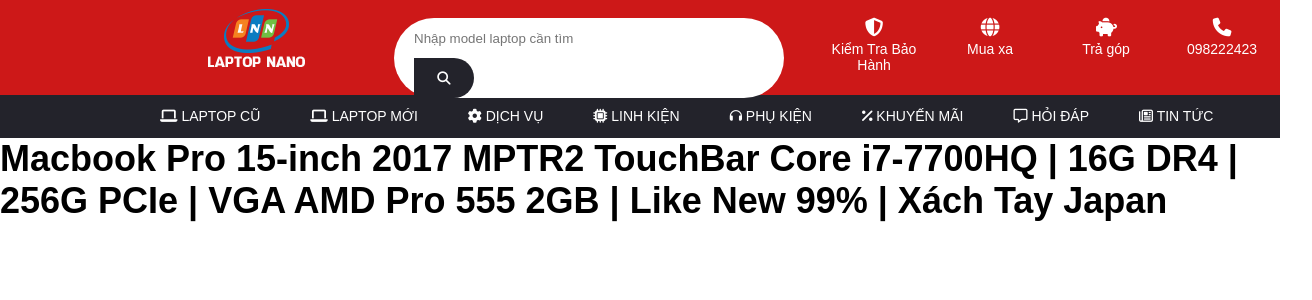
Repository: 21012324ThuanDM/WebLaptop
Page: Baicuoiky/Laptop.html
The author's editor kept a copy of each file at every save. The page is drawn from the files as they stood at one save, then again after the next save.
The browser window is 1280 px wide. The page is 1312 px wide, so the pictures cover 1312 px, including what lies to the right of the window. The pictures show the whole page.

Above is the page before, as saved 2023-10-16 21:55:48.

### Baicuoiky/Laptop.html
<!DOCTYPE html>
<html lang="en">
<head>
    <meta charset="UTF-8">
    <meta name="viewport" content="width=device-width, initial-scale=1.0">
    <title>Document</title>
    <link rel="stylesheet" href="Laptop.css">
</head>
<body>
    <!DOCTYPE html>
<html lang="en">

<head>
    <meta charset="UTF-8">
    <meta name="viewport" content="width=device-width, initial-scale=1.0">
    <title>Laptopnano</title>
    <link rel="stylesheet" href="https://cdnjs.cloudflare.com/ajax/libs/font-awesome/6.4.2/css/all.min.css" integrity="sha512-z3gLpd7yknf1YoNbCzqRKc4qyor8gaKU1qmn+CShxbuBusANI9QpRohGBreCFkKxLhei6S9CQXFEbbKuqLg0DA==" crossorigin="anonymous" referrerpolicy="no-referrer"
    />
    <link rel="stylesheet" href="laptopnano.css">
    <link rel="stylesheet" href="./themify-icons/themify-icons.css">
    <link rel="stylesheet" href="./fontawesome-free-5.12.1-web/css/all.min.css">
</head>

<body>
    <div id="header">
        <div class="header_wrap">
            <div class="logo_timkiem">
                <div class="logo">
                    <a href="https://laptopnano.com/"><img src="logo-pc-3_1589368333.png" alt=""></a>
                </div>
                <div class="timkiem">
                    <form action="" class="search-box">
                        <input class=input type="type" class="search-text" placeholder="Nhập model laptop cần tìm">
                        <button class="search-btn" aria-label="tìm kiếm">
                            <i class="fa-solid fa-magnifying-glass"></i>
                        </button>
                    </form>

                </div>
            </div>
            <div class="mainmenu">
                <ul>
                    <li>
                        <a href="">
                            <i class="fa-solid fa-shield-halved fa-lg"></i><br>
                            Kiểm Tra Bảo Hành
                        </a>
                    </li>
                    <li>
                        <a href="">
                            <i class="fa-solid fa-globe fa-lg"></i> <br>
                            Mua xa
                        </a>
                    </li>
                    <li>
                        <a href="">
                            <i class="fa-solid fa-piggy-bank fa-flip-horizontal fa-lg"></i> <br>
                            Trả góp
                        </a>
                    </li>
                    <li>
                        <a href="">
                            <i class="fa-solid fa-phone fa-lg"></i> <br>
                            098222423
                        </a>
                    </li>
                </ul>
            </div>
        </div>
        <div class="navi">
            <ul>
                <li>
                    <a href="">
                        <i class="fa-solid fa-laptop fa-2sm"></i> Laptop cũ
                    </a>

                </li>

                <li>
                    <a href="">
                        <i class="fa-solid fa-laptop fa-2sm"></i> Laptop mới
                    </a>

                </li>
                <li>
                    <a href="">
                        <i class="fa-solid fa-gear"></i> Dịch vụ
                    </a>

                </li>
                <li>
                    <a href="">
                        <i class="fa-solid fa-microchip"></i> Linh kiện
                    </a>
                </li>

                <li>
                    <a href="">
                        <i class="fa-solid fa-headphones fa-sm"></i> Phụ kiện
                    </a>
                </li>
                <li>
                    <a href="">
                        <i class="fa-solid fa-percent fa-2sm"></i> Khuyến mãi
                    </a>
                </li>

                <li>
                    <a href="">
                        <i class="fa-regular fa-message fa-2sm"></i> Hỏi đáp
                    </a>
                </li>
                <li>
                    <a href="">
                        <i class="fa-regular fa-newspaper fa-2sm"></i> Tin Tức
                    </a>
                </li>
                <li>
                    <a href="">
                        <i class="fa-solid fa-phone fa-2sm"></i> Liên hệ
                    </a>
                </li>
            </ul>
        </div>
    </div>
    <div class="thongtinlaptop">
        <div class="divtieude">
		    <h1 class="tieude">Macbook Pro 15-inch 2017 MPTR2 TouchBar Core i7-7700HQ | 16G DR4 | 256G PCIe | VGA AMD Pro 555 2GB | Like New 99% | Xách Tay Japan </h1>
	    </div>
    </div>
        <!-- ####### -->

    <div id="footer">


    </div>
</body>

</html>
</body>
</html>

### Baicuoiky/Laptop.css
* {
    padding: 0;
    margin: 0;
    box-sizing: border-box;
}

html {
    font-size: 18px;
    font-family: Arial, Helvetica, sans-serif;
}

#header .header_wrap {
    background-color: #cd1818;
    height: 95px;
    padding: 0px 0px 0px 154px;
    display: flex;
}

#header .logo_timkiem {
    display: flex;
}

.logo_timkiem .logo {
    margin-top: 8px;
    display: block;
    float: left;
}

.header_wrap ul {
    color: #FFF;
    list-style-type: none;
    width: 100%;
    display: flex;
    margin: 20px 0px -19px 32px;
    font-size: 14px;
}

.header_wrap .mainmenu ul li{
    width: 116px;
    height: 95px;
    text-align: center;
}

.header_wrap .mainmenu i{
    padding-bottom: 7px;
}

.header_wrap ul li a {
    color: #FFF;
    text-decoration: none;
}

.search-box {
    margin-left: 40px;
    margin-top: 18px;
    padding-left: 20px;
    background-color: #FFF;
    border-radius: 40px;
}

.search-box input {
    outline: none;
    background: none;
    width: 340px;
    height: 40px;
    border: none;
}

.search-box .search-btn {
    width: 60px;
    height: 40px;
    background-color: #23232B;
    color: #FFF;
    border: none;
    border-radius: 0 40px 40px 0;
}

#header .navi {
    height: 43px;
    background-color: #23232B;
    padding-left: 126px;
}



.navi li {
    display: inline-block;
    text-decoration: none;
    text-transform: uppercase;
    line-height: 43px;
    font-size: 14px;

}

.navi li a {
    text-decoration: none;
    color: #FFF;
    padding: 0px 11px 0px 34px;
}

#content .container_slideshow{
    width: 1500px;
    height: 398px;
    padding: 15px 0px 0px 145px;
    display: flex;
}


.container_slideshow .thumb{
    width: 780px;
    height: 61px;
    margin-top: -5px;
}

.container_slideshow .thumb ul{
    border-left: 1px solid #E7E7E7;
    border-bottom: 1px solid #E7E7E7;
    border-right: 1px solid #E7E7E7;
    text-align: center;
}

.container_slideshow .thumb li{
    display: inline-block;
    text-decoration: none;
    /* border-left: 1px solid #E7E7E7; */
    width: 150px;
    height: 61px;

}

.container_slideshow .thumb li a{
    text-decoration: none;
    font-size: 13px;
    color: #000;

}

.container_slideshow .countdown {
    margin-left: 15px;
}

.countdown .bot1 a img{
    width: 370px;
}

.countdown .newtop{

}

.newtop .news_cat{
    width: 370px;
    height: 38px;
    background-color: #ebebeb;
    padding: 10px;
    font-size: 14px;
}

.newtop .news_cat p{
    display: inline;
    margin-top: 10px;
}

.newtop .news_list1, .newtop .news_list2{
    width: 370px;
    font-size: 14px;
    float: left;
    padding-top: 10px;
    display: flex;
    margin-left: -3px;
}

.newtop .news_list a{
    text-decoration: none;
    margin-left: 15px;
}

.newtop .news_list img{
    width: 83px;
}

#content .container{
    margin-top: 25px;
    margin-left: 144px;
}

/********************/
.product h1 .product .name_mb {
    color: #000000;
    font-size: 20px;
    line-height: 28px;
    margin-bottom: 8px;
    display: inline;
}

### Baicuoiky/laptopnano.css
* {
    padding: 0;
    margin: 0;
    box-sizing: border-box;
}

html {
    font-size: 18px;
    font-family: Arial, Helvetica, sans-serif;
}

#header .header_wrap {
    background-color: #cd1818;
    height: 95px;
    padding: 0px 0px 0px 154px;
    display: flex;
}

#header .logo_timkiem {
    display: flex;
}

.logo_timkiem .logo {
    margin-top: 8px;
    display: block;
    float: left;
}

.header_wrap ul {
    color: #FFF;
    list-style-type: none;
    width: 100%;
    display: flex;
    margin: 20px 0px -19px 32px;
    font-size: 14px;
}

.header_wrap .mainmenu ul li{
    width: 116px;
    height: 95px;
    text-align: center;
}

.header_wrap .mainmenu i{
    padding-bottom: 7px;
}

.header_wrap ul li a {
    color: #FFF;
    text-decoration: none;
}

.search-box {
    margin-left: 40px;
    margin-top: 18px;
    padding-left: 20px;
    background-color: #FFF;
    border-radius: 40px;
}

.search-box input {
    outline: none;
    background: none;
    width: 340px;
    height: 40px;
    border: none;
}

.search-box .search-btn {
    width: 60px;
    height: 40px;
    background-color: #23232B;
    color: #FFF;
    border: none;
    border-radius: 0 40px 40px 0;
}

#header .navi {
    height: 43px;
    background-color: #23232B;
    padding-left: 126px;
}



.navi li {
    display: inline-block;
    text-decoration: none;
    text-transform: uppercase;
    line-height: 43px;
    font-size: 14px;

}

.navi li a {
    text-decoration: none;
    color: #FFF;
    padding: 0px 11px 0px 34px;
}

#content .container_slideshow{
    width: 1500px;
    height: 398px;
    padding: 15px 0px 0px 145px;
    display: flex;
}


.container_slideshow .thumb{
    width: 780px;
    height: 61px;
    margin-top: -5px;
}

.container_slideshow .thumb ul{
    border-left: 1px solid #E7E7E7;
    border-bottom: 1px solid #E7E7E7;
    border-right: 1px solid #E7E7E7;
    text-align: center;
}

.container_slideshow .thumb li{
    display: inline-block;
    text-decoration: none;
    /* border-left: 1px solid #E7E7E7; */
    width: 150px;
    height: 61px;

}

.container_slideshow .thumb li a{
    text-decoration: none;
    font-size: 13px;
    color: #000;

}

.container_slideshow .countdown {
    margin-left: 15px;
}

.countdown .bot1 a img{
    width: 370px;
}

.countdown .newtop{

}

.newtop .news_cat{
    width: 370px;
    height: 38px;
    background-color: #ebebeb;
    padding: 10px;
    font-size: 14px;
}

.newtop .news_cat p{
    display: inline;
    margin-top: 10px;
}

.newtop .news_list1, .newtop .news_list2{
    width: 370px;
    font-size: 14px;
    float: left;
    padding-top: 10px;
    display: flex;
    margin-left: -3px;
}

.newtop .news_list a{
    text-decoration: none;
    margin-left: 15px;
}

.newtop .news_list img{
    width: 83px;
}

#content .container{
    margin-top: 25px;
    margin-left: 144px;
}

/* ##### */


ul.maclist li.item_tabs {
    display: inline;
    margin-right: 10px;
}

ul.maclist li.item_tabs a {
    text-decoration: none;
    color: black;
}
.tensp {
    text-decoration: none;
    color: black;
}
.custom-div {
    width: 80%;
    margin: 0 auto;
    background-color: rgb(255, 250, 250);
    padding: 20px;
    margin-bottom: 30px;
}


.title {
    display: flex;
    line-height: 50px;
    border-bottom: 2px solid red;
    margin-bottom: 20px;
    justify-content: space-between;
}


.title-main {
    margin: 0;

}

.titles .nav-tabs li {
    margin-left: 16px;
    cursor: pointer;
}
.nav-tabs {
    float: right;
    display: flex;
    line-height: 52px;
}

.inside{
    display: inline-block;
}

.flex-container {
    display: inline-flex;
    justify-content: space-between;
}
.flex-item {
    height: auto;
    width: 280px;
}

.giatien {
    color: red;
}

Loaded but not shown: Baicuoiky/themify-icons/themify-icons.css (common file); Baicuoiky/fontawesome-free-5.12.1-web/css/all.min.css (library)

After the next save:
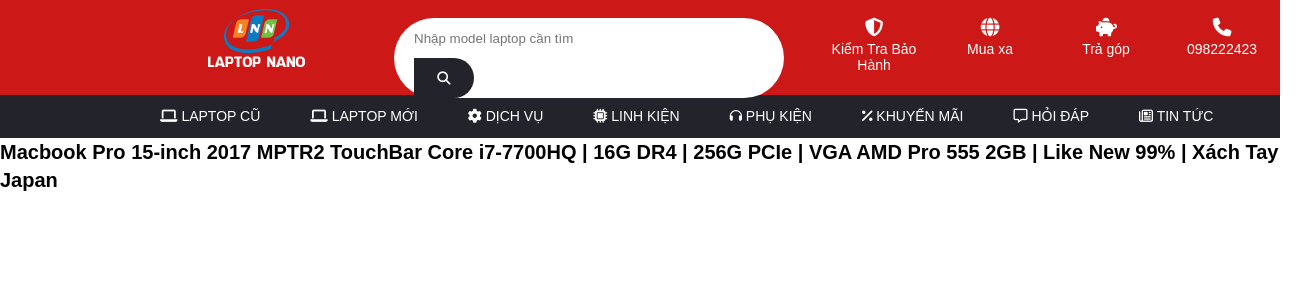
Saved 8 s later.
--- a/Baicuoiky/Laptop.css
+++ b/Baicuoiky/Laptop.css
@@ -184,7 +184,7 @@
 }
 
 /********************/
-.product h1 .product .name_mb {
+.tieude {
     color: #000000;
     font-size: 20px;
     line-height: 28px;
